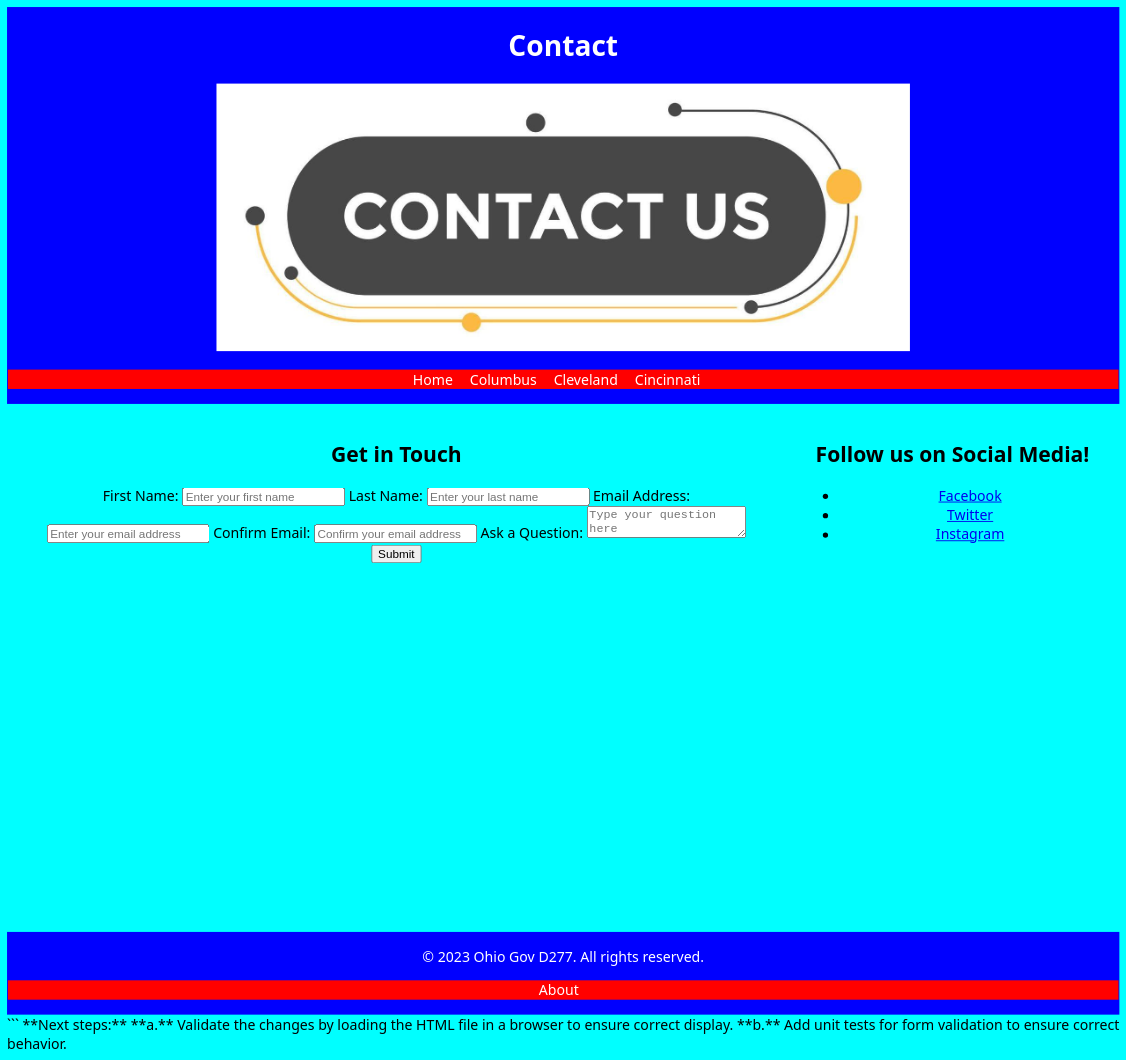
Repository: MikeeBuilds/FEWD-task1
Page: contact.html
The author's editor kept a copy of each file at every save. The page is drawn from the files as they stood at one save, then again after the next save.
The browser window is 1280 px wide. The pictures show the whole page, at 88% of full size.

Above is the page before, as saved 2024-07-02 16:57:56.

After the next save:
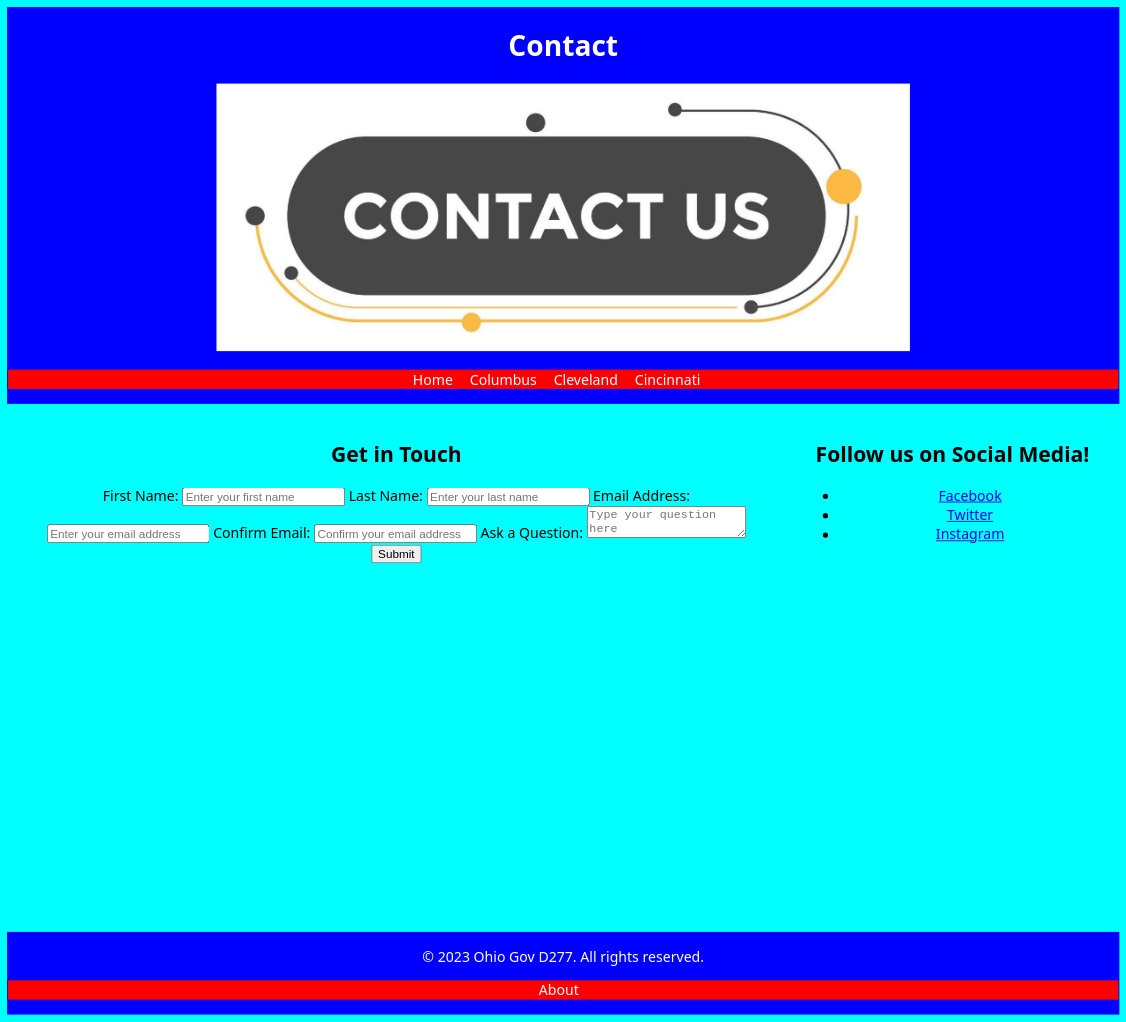
Saved 4 s later.
--- a/contact.html
+++ b/contact.html
@@ -70,8 +70,3 @@
 </body>
 
 </html>
-```
-
-**Next steps:**
-**a.** Validate the changes by loading the HTML file in a browser to ensure correct display.
-**b.** Add unit tests for form validation to ensure correct behavior.
